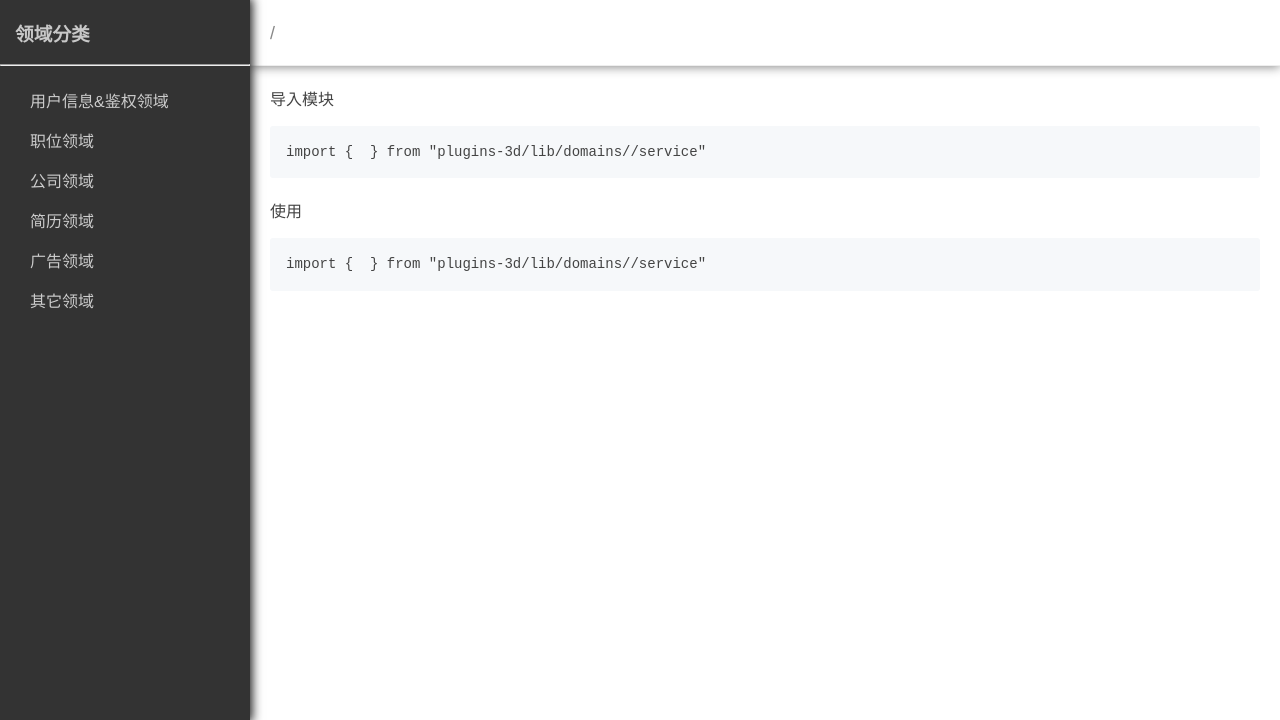
Repository: lsliangshan/inig-3d-doc
Page: /detail
The author's editor kept a copy of each file at every save. The page is drawn from the files as they stood at one save, then again after the next save.
The browser window is 1280 px wide. The pictures show the whole page.
An inner scrolling area shows only its first screen. The project was rebuilt for these pictures with package versions that can differ from the ones it lists, and the page was loaded fresh each time. Also part of the build but not shown: vue.config.js, src/components/HelloWorld.vue, src/views/Home.vue, src/components/User.vue, src/components/Position.vue, src/components/Company.vue, src/components/Resume.vue, src/components/Ads.vue and 1 more. Imported but missing from the stored project, and not drawn on this page: ../plugins-3d/lib/domains/job/service, ../plugins-3d/lib/domains/user/service.

Above is the page before, as saved 2019-08-08 20:38:38.

After the next save:
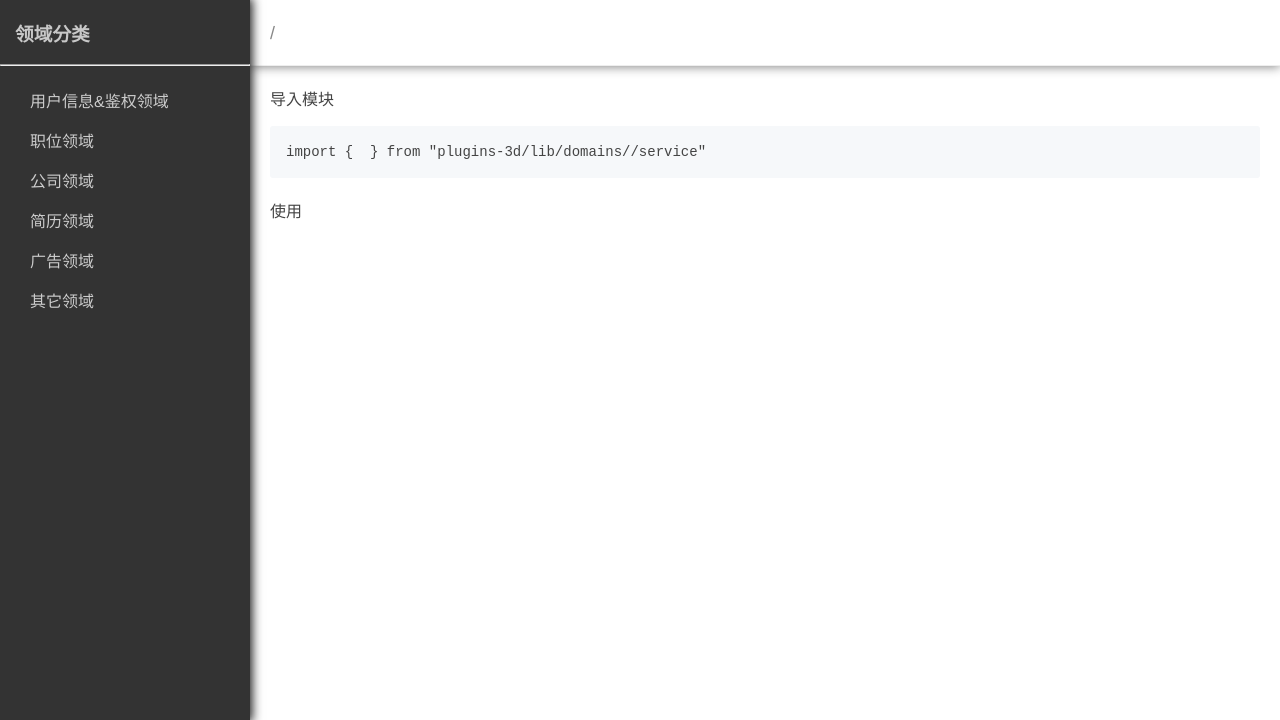
Saved 23 s later.
--- a/src/components/parts/DetailContent.vue
+++ b/src/components/parts/DetailContent.vue
@@ -12,10 +12,7 @@
     <div class="highlight">
       <p>使用</p>
       <div class="highlight_code">
-        <pre>import { {{$route.params.methods}} } from "plugins-3d/lib/domains/{{$route.params.domain}}/service"</pre>
-        <svg>
-          <use xlink:href="#copy"></use>
-        </svg>
+        {{JSON.stringify(params)}}
       </div>
     </div>
     <div class="detail_content"
